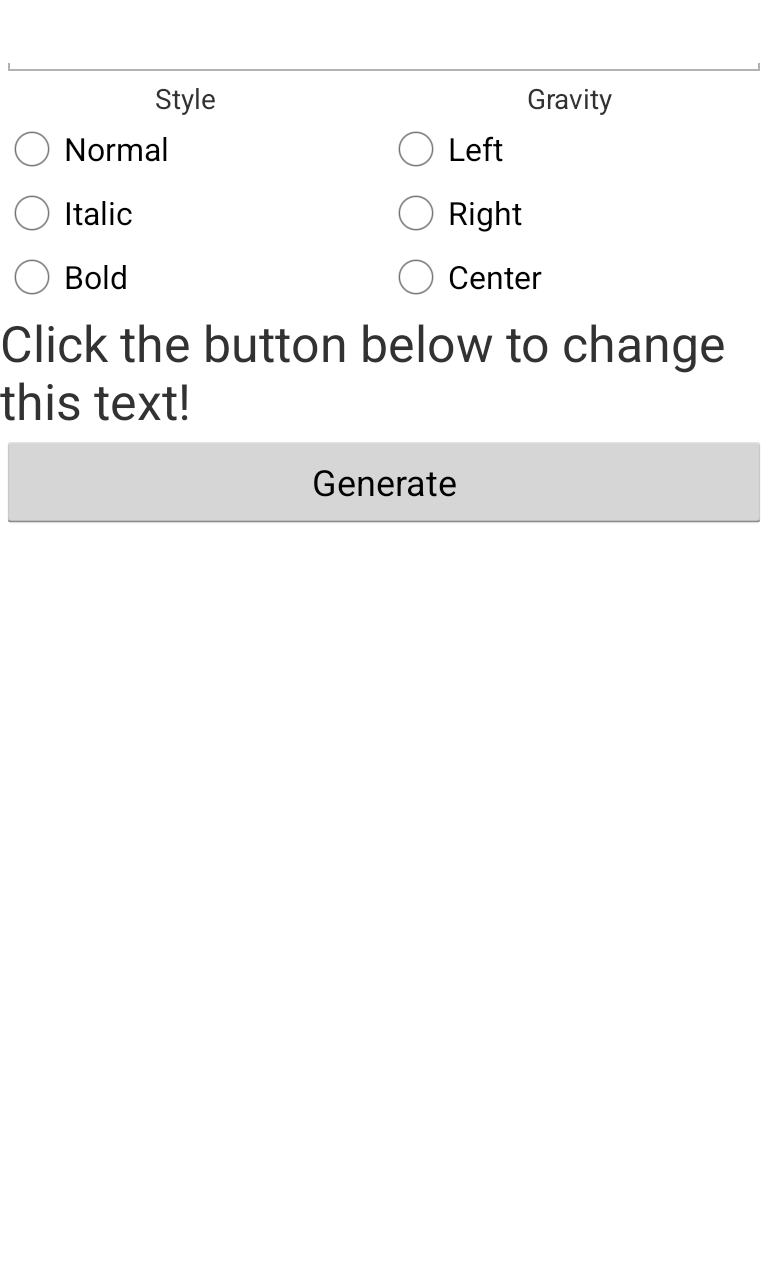
Repository: Cappo/ACM-Android-Development-SIG
Layout: Cappo/res/layout/tutorial1.xml
An editor plug-in stored every save of this project. The layout is shown before and after the next save, followed by the edit.
It is drawn on a 768 x 1280 px phone screen (xhdpi) without system bars, with theme AppTheme; the app's code is not run.

Above is the layout before, as saved 2013-09-15 02:03:43.

After the next save:
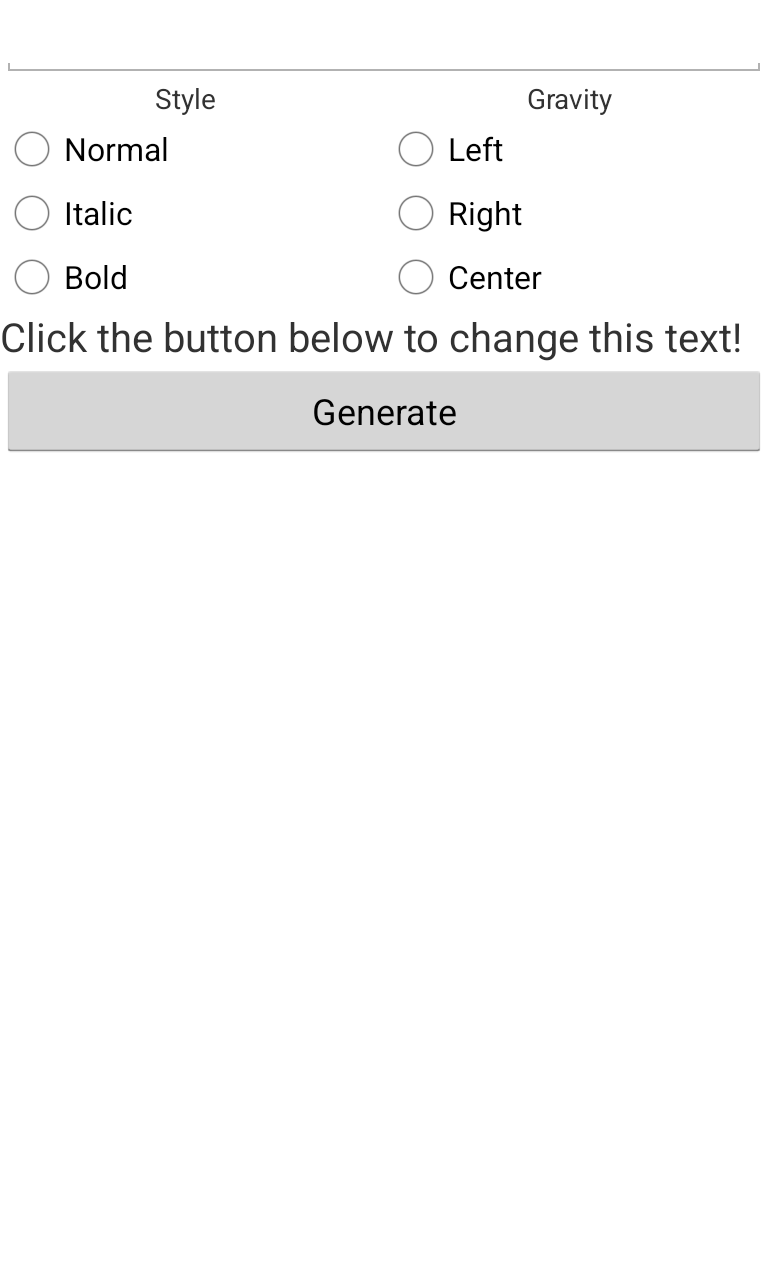
Saved 11 s later.
--- a/Cappo/res/layout/tutorial1.xml
+++ b/Cappo/res/layout/tutorial1.xml
@@ -91,7 +91,7 @@
         android:id="@+id/textView3"
         android:layout_width="match_parent"
         android:layout_height="wrap_content"
-        android:textSize="25dp"
+        android:textSize="20dp"
         android:text="Click the button below to change this text!" />
 
     <Button
